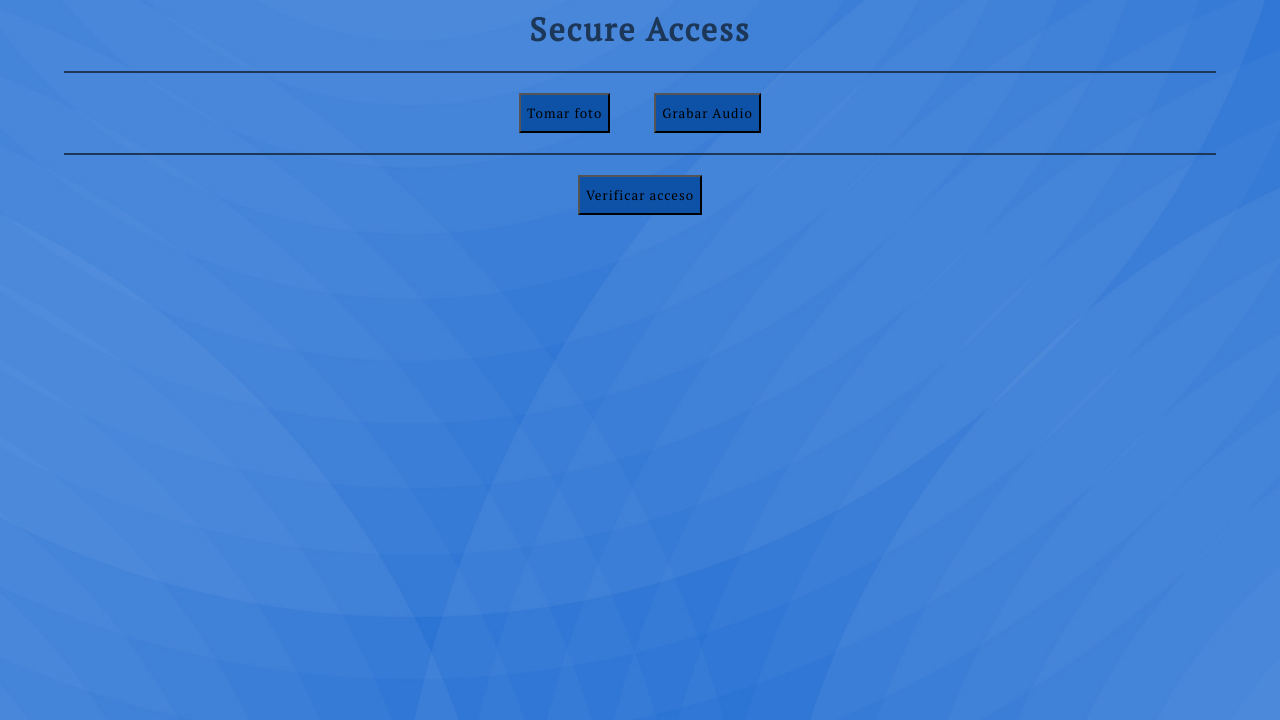
Repository: dabarreiroh/SECURE-ACCESS
Page: accessecure/templates/home/index.html
These files come from the project's save history. The page is drawn as it stood at one moment and after the next save; the edit follows.
The browser window is 1280 px wide. The pictures show the whole page.

Above is the page before, as saved 2020-03-16 23:32:45.

### accessecure/templates/home/index.html
<html>
    <head>
        <link rel="stylesheet" href="./../../static/admin/css/index/index.css">
        <link href="https://fonts.googleapis.com/css?family=PT+Serif&display=swap" rel="stylesheet">

    </head>
<body>

<h1>Secure Access</h1>

<div class="options">
    <input type="button" value="Tomar foto" onClick="window.location.href='photo'">
    <input type="button" value="Grabar Audio" onClick="window.location.href='audio'">
</div>


<div>
    <input type="button" value="Verificar acceso" onClick="window.location.href='verified'">
</div>

</body>
</html>

### accessecure/static/admin/css/index/index.css
*{
    text-align: center;
    font-family: 'PT Serif', serif;
}

body{
    background-image: url(../../img/background.jpg);
    background-size: cover;
}

h1{
    color: #1D3759;
    /* color: #072D5C; */
    letter-spacing: 2px;
}

.options{
    border: solid #1D3759;
    border-width: 2px 0px;
    width: 90vw;
    margin: 0 auto;
}

input{
    margin: 20px;
    height: 40px;
    letter-spacing: 1px;
    background-color: #0D52A6;
}

After the next save:
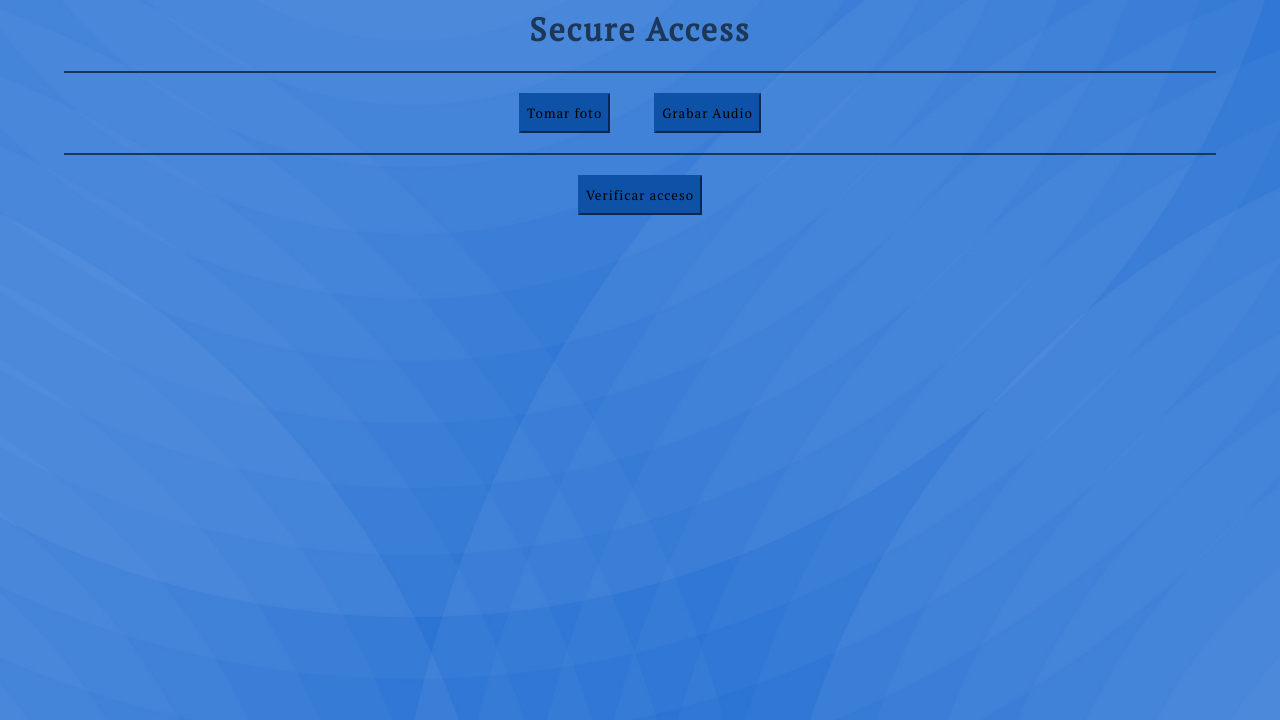
Saved 107 s later.
--- a/accessecure/static/admin/css/index/index.css
+++ b/accessecure/static/admin/css/index/index.css
@@ -26,4 +26,6 @@ input{
     height: 40px;
     letter-spacing: 1px;
     background-color: #0D52A6;
+    border: 2px solid #0D52A6;
+    border-style: outset;
 }
